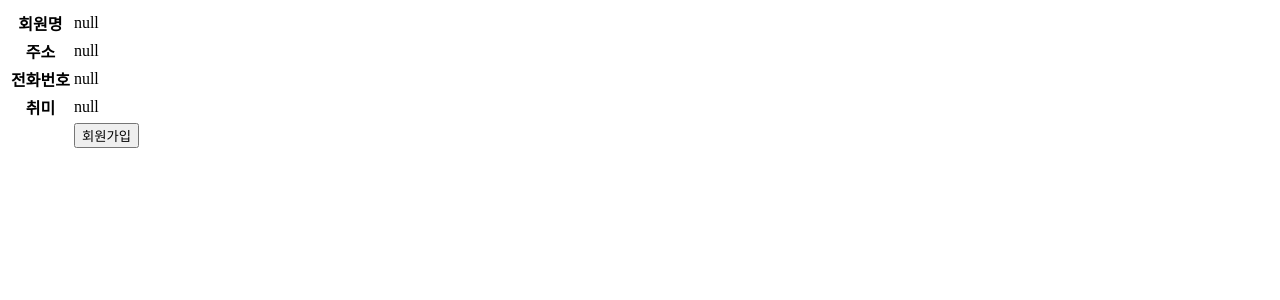
Repository: leeyujin21/jsp
Page: http://localhost/Hello/memRegSuccess.jsp
An editor plug-in stored every save of this project. The page is shown before and after the next save, followed by the edit.
The browser window is 1280 px wide. The pictures show the whole page.
The page is served by Tomcat 9. Other server files are loaded and not shown.

Above is the page before, as saved 2023-09-19 05:32:05.

### Hello/src/main/webapp/memRegSuccess.jsp
<%@ page language="java" contentType="text/html; charset=UTF-8"
    pageEncoding="UTF-8"%>
<!DOCTYPE html>
<html>
<head>
<meta charset="UTF-8">
<title>Insert title here</title>
</head>
<body>
<div>
		<table>
			<tr>
				<th>회원명</th>
				<td><%=request.getParameter("name")%></td>
			</tr>
			<tr>
				<th>주소</th>
				<td><%=request.getParameter("address")%></td>
			</tr>
			<tr>
				<th>전화번호</th>
				<td><%=request.getParameter("phone")%></td>
			</tr>
			<tr>
				<th>취미</th>
				<td><%=request.getParameter("hobby")%></td>
			</tr>
			<tr>
				<td></td>
				<td><input type="submit" value="회원가입" /></td>
			</tr>
		</table>
	</div>
</body>
</html>

After the next save:
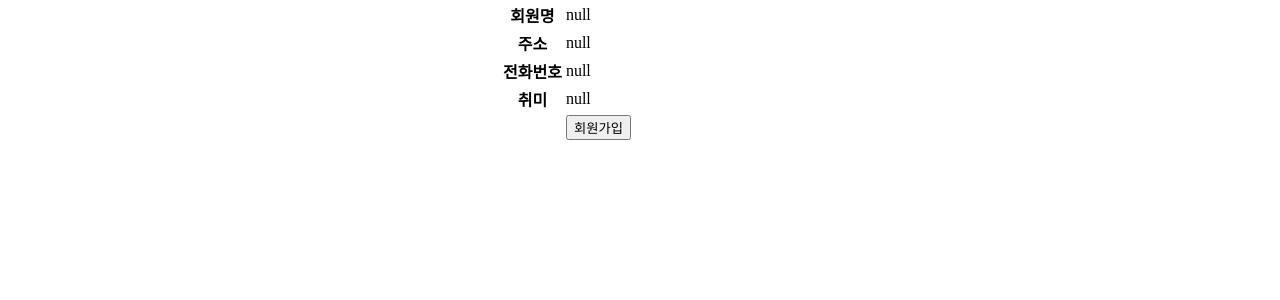
Saved 50 s later.
--- a/Hello/src/main/webapp/memRegSuccess.jsp
+++ b/Hello/src/main/webapp/memRegSuccess.jsp
@@ -1,13 +1,27 @@
 <%@ page language="java" contentType="text/html; charset=UTF-8"
-    pageEncoding="UTF-8"%>
+	pageEncoding="UTF-8"%>
 <!DOCTYPE html>
 <html>
 <head>
 <meta charset="UTF-8">
 <title>Insert title here</title>
+<style type="text/css">
+body {
+	margin: auto;
+}
+
+div {
+	width: 280px;
+	margin: auto;
+}
+
+h1 {
+	text-align: center;
+}
+</style>
 </head>
 <body>
-<div>
+	<div>
 		<table>
 			<tr>
 				<th>회원명</th>
